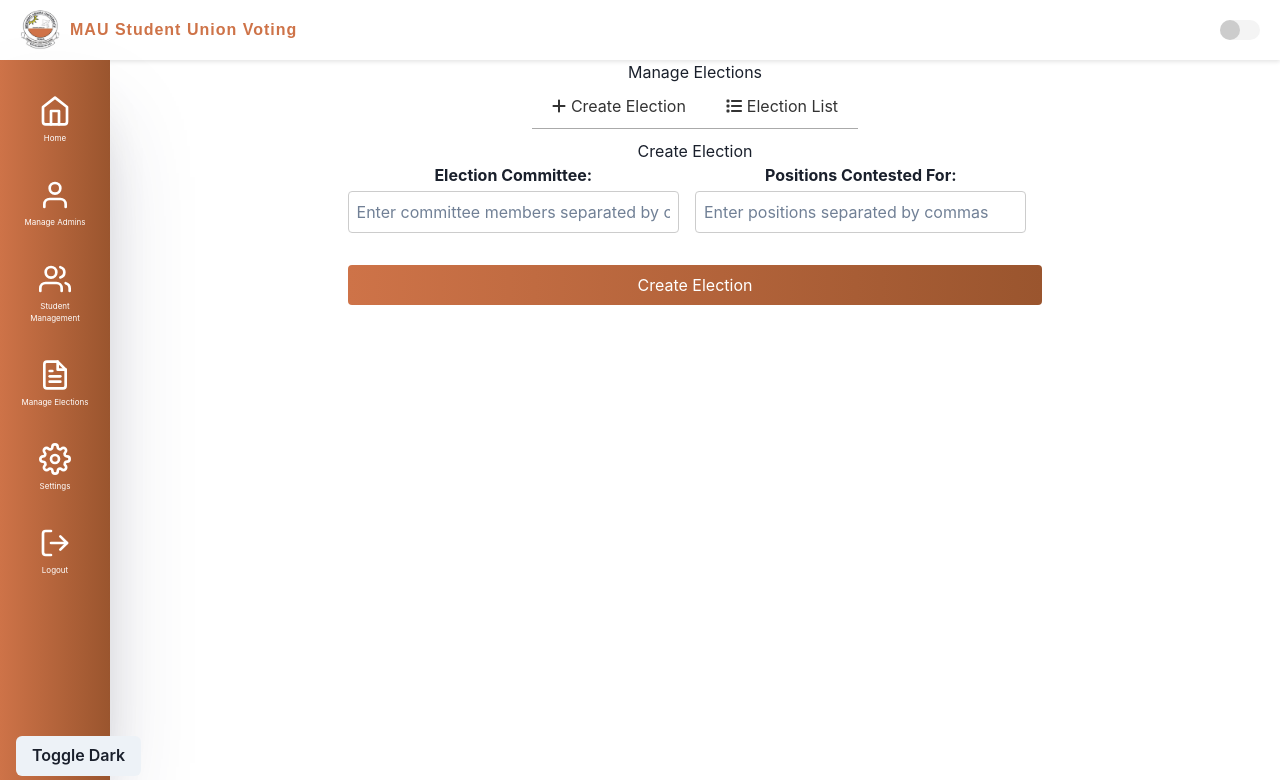
Repository: joena1o/e-vote
Page: /admin-dashboard/manage-elections
These files come from the project's save history. The page is drawn as it stood at one moment and after the next save; the edit follows.
The browser window is 1280 px wide. The pictures show the whole page.
The project was rebuilt for these pictures with package versions that can differ from the ones it lists, and the page was loaded fresh each time. Also part of the build but not shown: src/components/EnhancedLogin.js, src/components/maincontent/RegisterStudents/ManageStudents.js, src/components/maincontent/RegisterStudents/RegisterStudents.js, src/components/maincontent/RegisterStudents/StudentManagement.js, src/components/maincontent/ElectionResults/ViewResults.js, src/components/maincontent/Settings/Settings.js, src/api/index.js, src/components/maincontent/home/Home.styles.js and 5 more.

Above is the page before, as saved 2023-10-20 05:22:34.

### src/App.js
import React from 'react';
import { BrowserRouter as Router, Routes, Route, Navigate } from 'react-router-dom';
import EnhancedLogin from './components/EnhancedLogin';
import AdminDashboard from './components/AdminDashboard';
import { ChakraProvider, ColorModeProvider, Button, useColorMode } from '@chakra-ui/react';
import { Provider } from 'react-redux';
import store from './Redux/store';

// Component to toggle dark mode
function DarkModeToggle() {
  const { colorMode, toggleColorMode } = useColorMode();
  return (
    <Button onClick={toggleColorMode} position="fixed" m={4} zIndex={10}>
      Toggle {colorMode === 'light' ? 'Dark' : 'Light'}
    </Button>
  );
}

function App() {
  // Check if the current route is not the "/login" route, then render the DarkModeToggle
  const isLoginPage = window.location.pathname === '/login';

  return (
    <Provider store={store}>
      <ChakraProvider>
        <ColorModeProvider options={{ useSystemColorMode: true }}>
          <Router>
            <Routes>
              {/* Define your routes */}
              <Route path="/login" element={<EnhancedLogin />} />
              <Route path="/admin-dashboard/*" element={<AdminDashboard />} />
              {/* Redirect root to /admin-dashboard */}
              <Route path="/" element={<Navigate to="/admin-dashboard" replace />} />
            </Routes>
          </Router>
          {/* Render DarkModeToggle only if not on the "/login" page */}
          {!isLoginPage && <DarkModeToggle />}
        </ColorModeProvider>
      </ChakraProvider>
    </Provider>
  );
}

export default App;

### src/components/AdminDashboard.js
// AdminDashboard.js
import React from 'react';
import { Routes, Route } from 'react-router-dom';
import StudentManagement from './maincontent/RegisterStudents/StudentManagement';
import ViewResults from './maincontent/ElectionResults/ViewResults';
import Settings from './maincontent/Settings/Settings';
import Home from './maincontent/home/Home';
import ManageAdmin from './maincontent/ManageAdmins/ManageAdmins';
import ManageElections from './maincontent/ManageElections/ManageElections';
import Sidebar from './Sidebar';
import Navbar from './Navbar';
import styled from 'styled-components';

const Container = styled.div`
  display: flex;
  flex-direction: column;
  /* Add the following line to ensure Container fills the screen height */
  height: 100vh;
  width: 100%; /* Use 100% to fill the entire width of the screen */
`;


const Content = styled.div`
  display: flex;
  /* Add the following line to ensure Content fills the remaining screen space */
  flex: 1;
`;

const AdminDashboard = () => {
  return (
    <Container>
      <Navbar />
      <Content>
        <Sidebar />
        <Routes>
          <Route index element={<Home />} />
          <Route path="student-management" element={<StudentManagement />} />
          <Route path="view-results" element={<ViewResults />} />
          <Route path="settings" element={<Settings />} />
          <Route path="manage-admin" element={<ManageAdmin />} />
          <Route path="manage-elections" element={<ManageElections />} />
        </Routes>
      </Content>
    </Container>
  );
};

export default AdminDashboard;

### src/Redux/store.js
import { configureStore } from '@reduxjs/toolkit';
import electionReducer from './electionSlice';
import studentsReducer from './studentsSlice'; // Assuming you have a studentsSlice

const store = configureStore({
  reducer: {
    elections: electionReducer,
    students: studentsReducer, // Add the students reducer here
  },
});

export default store;

### src/components/maincontent/ManageElections/ManageElections.js
import React, { useState } from 'react';
import { Tab, TabList, TabPanel, Tabs } from 'react-tabs';
import 'react-tabs/style/react-tabs.css'; // Import styles for react-tabs
import styled from 'styled-components';
import CreateElections from './CreateElection';
import ElectionList from './ElectionList';
import { FontAwesomeIcon } from '@fortawesome/react-fontawesome';
import { faPlus, faList } from '@fortawesome/free-solid-svg-icons'; // Import Font Awesome icons

const FullHeightContainer = styled.div`
  height: 100%;
  display: flex;
  flex-direction: column;
  justify-content: flex-start;
  align-items: center;
  width: 100%;
`;

const TabsContainer = styled.div`
  text-align: center;
  width: 100%;
  max-width: 1200px;
  flex: 1;
  display: flex;
  flex-direction: column;
  align-items: center;
`;

const StyledTab = styled(Tab)`
  padding: 10px 20px;
  color: #333;
  cursor: pointer;
  margin: 0;
  display: flex;
  align-items: center;
  justify-content: center;
  transition: background-color 0.2s ease-in-out;

  &:hover {
    background-color: #e0e0e0;
  }

  &.react-tabs__tab--selected {
    background-color: #fff;
    border: none; /* Remove the border */
    border-radius: 5px 5px 0 0;
  }
`;

const IconWrapper = styled.div`
  margin-right: 5px;
`;

const ManageElections = () => {
  const [activeTab, setActiveTab] = useState(0);

  const handleTabChange = (index) => {
    setActiveTab(index);
  };

  return (
    <FullHeightContainer>
      <h1>Manage Elections</h1>
      <TabsContainer>
        <Tabs selectedIndex={activeTab} onSelect={handleTabChange}>
          <TabList style={{ display: 'flex', justifyContent: 'center' }}>
            <StyledTab>
              <IconWrapper>
                <FontAwesomeIcon icon={faPlus} />
              </IconWrapper>
              Create Election
            </StyledTab>
            <StyledTab>
              <IconWrapper>
                <FontAwesomeIcon icon={faList} />
              </IconWrapper>
              Election List
            </StyledTab>
          </TabList>
        </Tabs>
        <Tabs selectedIndex={activeTab} onSelect={handleTabChange}>
          <TabPanel>
            <CreateElections />
          </TabPanel>
          <TabPanel>
            <ElectionList />
          </TabPanel>
        </Tabs>
      </TabsContainer>
    </FullHeightContainer>
  );
};

export default ManageElections;

### src/components/Sidebar.js
import React from 'react';
import styled from 'styled-components';
import { Link } from 'react-router-dom';
import { FiHome, FiUser, FiUsers, FiFileText, FiSettings, FiLogOut } from 'react-icons/fi';
import { useColorMode } from '@chakra-ui/react';

const SidebarContainer = styled.nav`
  background: ${props => (props.theme === 'dark' ? '#333' : 'linear-gradient(to right, #ce7348, #9a552e)')};
  padding: 15px;
  height: 100vh;
  color: #fff;
  box-shadow: rgba(50, 50, 93, 0.25) 0px 50px 100px -20px, rgba(0, 0, 0, 0.3) 0px 30px 60px -30px;
  display: flex;
  flex-direction: column;
`;

const LinkList = styled.ul`
  list-style-type: none;
  padding: 0;
  flex: 1;
`;

const StyledLink = styled(Link)`
  text-decoration: none;
  color: #fff;
  display: flex;
  flex-direction: column;
  align-items: center;
  transition: color 0.3s ease;
  margin-bottom: 15px;
  cursor: pointer;
  font-size: 0.5rem;

  &:hover {
    color: #fce364;
  }

  width: 80px;
  text-align: center;
  word-wrap: break-word;
  overflow-wrap: break-word;

  @media (max-width: 768px) {
    font-size: 0.4rem;
  }

  @media (max-width: 480px) {
    font-size: 0.3rem;
  }
`;

const LinkItem = styled.li`
  display: flex;
  align-items: center;
  margin-top: 20px;
`;

const Icon = styled.div`
  font-size: 2rem;
  color: #fff;

  @media (max-width: 768px) {
    font-size: 0.9rem;
  }

  @media (max-width: 480px) {
    font-size: 0.8rem;
  }

  margin-bottom: 5px;

  ${StyledLink}:hover & {
    color: #fce364;  // Change icon color when the link is hovered
  }
`;

function Sidebar() {
  const { colorMode } = useColorMode();

  return (
    <SidebarContainer theme={colorMode}>
      <LinkList>
        <LinkItem>
          <StyledLink to="/admin-dashboard">
            <Icon><FiHome /></Icon>
            Home
          </StyledLink>
        </LinkItem>
        <LinkItem>
          <StyledLink to="/admin-dashboard/manage-admin">
            <Icon><FiUser /></Icon>
            Manage Admins
          </StyledLink>
        </LinkItem>
        <LinkItem>
          <StyledLink to="/admin-dashboard/student-management">
            <Icon><FiUsers /></Icon>
            Student Management
          </StyledLink>
        </LinkItem>
        <LinkItem>
          <StyledLink to="/admin-dashboard/manage-elections">
            <Icon><FiFileText /></Icon>
            Manage Elections
          </StyledLink>
        </LinkItem>
        <LinkItem>
          <StyledLink to="/admin-dashboard/settings">
            <Icon><FiSettings /></Icon>
            Settings
          </StyledLink>
        </LinkItem>
        <LinkItem>
          <StyledLink to="/logout">
            <Icon><FiLogOut /></Icon>
            Logout
          </StyledLink>
        </LinkItem>
      </LinkList>
    </SidebarContainer>
  );
}

export default Sidebar;

### src/components/Navbar.js
import React from 'react';
import styled, { createGlobalStyle } from 'styled-components';
import logo from '../assets/school_logo.jpg';
import { useColorMode } from '@chakra-ui/react';

const GlobalStyle = createGlobalStyle`
  body {
    background-color: ${props => (props.theme === 'dark' ? '#333' : '#fff')};
    color: ${props => (props.theme === 'dark' ? '#fff' : '#000')}; // Set other component texts to black in light mode
  }
`;

const Header = styled.header`
  background: ${props => (props.theme === 'dark' ? '#333' : '#fff')};
  color: ${props => (props.theme === 'dark' ? '#fff' : '#ce7348')}; // Set navbar text to brown in light mode
  padding: 10px 20px;
  display: flex;
  align-items: center;
  justify-content: flex-start;
  box-shadow: 0px 2px 4px rgba(0, 0, 0, 0.1);
  font-family: 'Poppins', sans-serif;
`;


const Logo = styled.img`
  width: 40px;
  height: 40px;
  border-radius: 20px;
  margin-right: 10px;
`;

const Title = styled.h1`
  margin: 0;
  padding: 0;
  font-size: 1rem;
  font-weight: 600;
  letter-spacing: 1px;
`;

const ToggleSlider = styled.label`
  display: flex;
  align-items: center;
  cursor: pointer;
  margin-left: auto;
`;

const SliderInput = styled.input.attrs({ type: 'checkbox' })`
  display: none;
`;

const Slider = styled.div`
  width: 40px;
  height: 20px;
  background-color: ${props => (props.theme === 'dark' ? '#333' : '#f4f4f4')};
  border-radius: 20px;
  position: relative;
  transition: background-color 0.3s ease;
  cursor: pointer;

  &::after {
    content: '';
    width: 20px;
    height: 20px;
    border-radius: 50%;
    background-color: ${props => (props.theme === 'dark' ? '#fff' : '#ccc')};
    position: absolute;
    top: 50%;
    transform: translateY(-50%);
    left: ${props => (props.theme === 'dark' ? '20px' : '0')};
    transition: left 0.3s ease;
  }
`;

function Navbar() {
  const { colorMode, toggleColorMode } = useColorMode();

  return (
    <>
      <GlobalStyle theme={colorMode} />
      <Header theme={colorMode}>
        <Logo src={logo} alt="University Logo" />
        <Title>MAU Student Union Voting</Title>
        <ToggleSlider>
          <SliderInput type="checkbox" onChange={toggleColorMode} />
          <Slider theme={colorMode} />
        </ToggleSlider>
      </Header>
    </>
  );
}

export default Navbar;

### src/Redux/electionSlice.js
/*import { createSlice, createAsyncThunk } from '@reduxjs/toolkit';
import { API, graphqlOperation } from 'aws-amplify';
import { createElection as createElectionAPI } from '../graphql/mutations';

export const createElection = createAsyncThunk(
  'elections/createElection',
  async (election, { rejectWithValue }) => {
    try {
      const result = await API.graphql(graphqlOperation(createElectionAPI, { input: election }));
      return result.data.createElection;
    } catch (error) {
      return rejectWithValue(error);
    }
  }
);

const electionSlice = createSlice({
  name: 'elections',
  initialState: [],
  reducers: {},
  extraReducers: (builder) => {
    builder.addCase(createElection.fulfilled, (state, action) => {
      state.push(action.payload);
    });
  },
});

export default electionSlice.reducer;
*/

### src/Redux/studentsSlice.js
import { createSlice } from '@reduxjs/toolkit';

export const studentsSlice = createSlice({
  name: 'students',
  initialState: [],
  reducers: {
    addStudents: (state, action) => {
      // Add students to the Redux store
      action.payload.forEach(student => {
        state.push(student);
      });
    },
  },
});

export const { addStudents } = studentsSlice.actions;

export default studentsSlice.reducer;

### src/components/maincontent/ManageElections/CreateElection.js
import React from 'react';
import { useFormik } from 'formik';
import * as Yup from 'yup';
import { useDispatch } from 'react-redux';
import { createElection } from '../../../Redux/electionSlice';
import { toast } from 'react-toastify';
import 'react-toastify/dist/ReactToastify.css';
import styled from 'styled-components';

const FormContainer = styled.div`
  width: 100%;
  max-width: 800px;
  margin: 0 auto;
`;

const Form = styled.form`
  display: flex;
  flex-direction: row;
  flex-wrap: wrap;
  gap: 1rem;
`;

const FormField = styled.div`
  display: flex;
  flex-direction: column;
  flex-basis: calc(50% - 1rem);
`;

const FormLabel = styled.label`
  font-weight: bold;
  margin-bottom: 0.25rem;
`;

const FormInput = styled.input`
  padding: 0.5rem;
  border: 1px solid #ccc;
  border-radius: 4px;
  font-size: 1rem;
`;

const FormError = styled.div`
  color: red;
  font-size: 0.875rem;
  margin-top: 0.25rem;
`;

const CreateButton = styled.button`
  padding: 0.5rem;
  background: linear-gradient(to right, #ce7348, #9a552e);
  border: none;
  border-radius: 4px;
  font-size: 1rem;
  color: white;
  cursor: pointer;
  transition: background 0.2s ease-in-out;
  width: 100%;
  margin-top: 1rem;

  &:hover {
    background: linear-gradient(to right, #9a552e, #ce7348);
  }
`;

const validationSchema = Yup.object({
  name: Yup.string().required('Election name is required'),
  type: Yup.string().oneOf(['general', 'faculty', 'department'], 'Invalid election type').required('Election type is required'),
  date: Yup.date().required('Election date is required').nullable(),
  faculty: Yup.string().when('type', {
    is: 'faculty',
    then: Yup.string().required('Faculty name is required for faculty elections'),
  }),
  department: Yup.string().when('type', {
    is: 'department',
    then: Yup.string().required('Department name is required for department elections'),
  }),
  committee: Yup.string().required('Election committee is required'),
  positions: Yup.string().required('Positions contested for is required'),
});

const CreateElection = () => {
  const dispatch = useDispatch();
  const formik = useFormik({
    initialValues: {
      name: '',
      type: '',
      date: null,
      faculty: '',
      department: '',
      committee: '',
      positions: ''
    },
    validationSchema,
    onSubmit: (values, { resetForm }) => {
      dispatch(createElection(values));
      toast.success('Election created successfully!');
      resetForm();
    },
  });

  return (
    <FormContainer>
      <h2>Create Election</h2>
      <Form onSubmit={formik.handleSubmit}>
        {/* Other form fields... */}

        <FormField>
          <FormLabel htmlFor="committee">Election Committee:</FormLabel>
          <FormInput
            id="committee"
            name="committee"
            type="text"
            placeholder="Enter committee members separated by commas"
            onChange={formik.handleChange}
            value={formik.values.committee}
          />
          {formik.errors.committee && <FormError>{formik.errors.committee}</FormError>}
        </FormField>

        <FormField>
          <FormLabel htmlFor="positions">Positions Contested For:</FormLabel>
          <FormInput
            id="positions"
            name="positions"
            type="text"
            placeholder="Enter positions separated by commas"
            onChange={formik.handleChange}
            value={formik.values.positions}
          />
          {formik.errors.positions && <FormError>{formik.errors.positions}</FormError>}
        </FormField>

        <CreateButton type="submit">Create Election</CreateButton>
      </Form>
    </FormContainer>
  );
};

export default CreateElection;

Loaded but not shown: public/index.html (common file); src/index.js (common file); src/index.css (common file); src/reportWebVitals.js (common file)

After the next save:
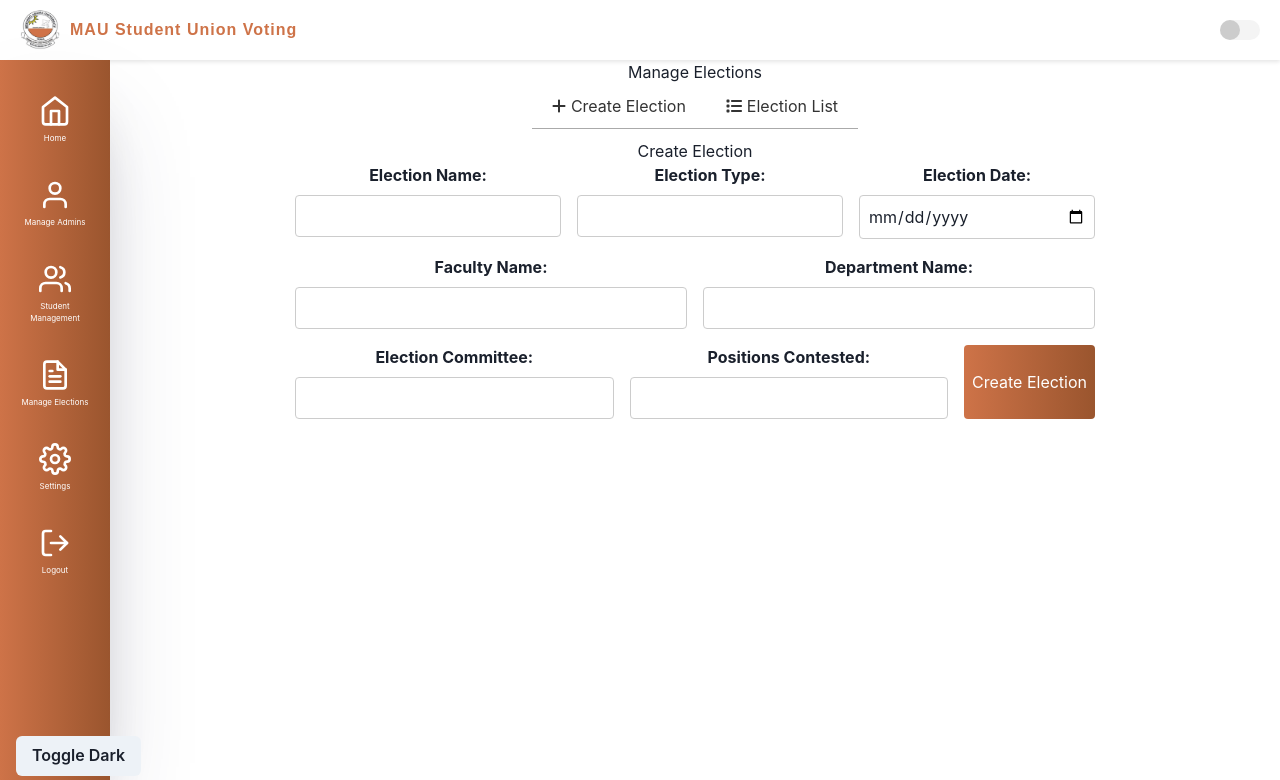
Saved 6 min 27 s later.
--- a/src/components/maincontent/ManageElections/CreateElection.js
+++ b/src/components/maincontent/ManageElections/CreateElection.js
@@ -15,20 +15,19 @@ const FormContainer = styled.div`
 
 const Form = styled.form`
   display: flex;
-  flex-direction: row;
   flex-wrap: wrap;
   gap: 1rem;
 `;
 
 const FormField = styled.div`
+  flex: 1;
   display: flex;
   flex-direction: column;
-  flex-basis: calc(50% - 1rem);
+  gap: 0.5rem;
 `;
 
 const FormLabel = styled.label`
   font-weight: bold;
-  margin-bottom: 0.25rem;
 `;
 
 const FormInput = styled.input`
@@ -41,7 +40,6 @@ const FormInput = styled.input`
 const FormError = styled.div`
   color: red;
   font-size: 0.875rem;
-  margin-top: 0.25rem;
 `;
 
 const CreateButton = styled.button`
@@ -53,8 +51,6 @@ const CreateButton = styled.button`
   color: white;
   cursor: pointer;
   transition: background 0.2s ease-in-out;
-  width: 100%;
-  margin-top: 1rem;
 
   &:hover {
     background: linear-gradient(to right, #9a552e, #ce7348);
@@ -74,7 +70,7 @@ const validationSchema = Yup.object({
     then: Yup.string().required('Department name is required for department elections'),
   }),
   committee: Yup.string().required('Election committee is required'),
-  positions: Yup.string().required('Positions contested for is required'),
+  positions: Yup.string().required('Positions contested for are required')
 });
 
 const CreateElection = () => {
@@ -101,7 +97,65 @@ const CreateElection = () => {
     <FormContainer>
       <h2>Create Election</h2>
       <Form onSubmit={formik.handleSubmit}>
-        {/* Other form fields... */}
+        <FormField>
+          <FormLabel htmlFor="name">Election Name:</FormLabel>
+          <FormInput
+            id="name"
+            name="name"
+            type="text"
+            onChange={formik.handleChange}
+            value={formik.values.name}
+          />
+          {formik.errors.name && <FormError>{formik.errors.name}</FormError>}
+        </FormField>
+
+        <FormField>
+          <FormLabel htmlFor="type">Election Type:</FormLabel>
+          <FormInput
+            id="type"
+            name="type"
+            type="text"
+            onChange={formik.handleChange}
+            value={formik.values.type}
+          />
+          {formik.errors.type && <FormError>{formik.errors.type}</FormError>}
+        </FormField>
+
+        <FormField>
+          <FormLabel htmlFor="date">Election Date:</FormLabel>
+          <FormInput
+            id="date"
+            name="date"
+            type="date"
+            onChange={formik.handleChange}
+            value={formik.values.date}
+          />
+          {formik.errors.date && <FormError>{formik.errors.date}</FormError>}
+        </FormField>
+
+        <FormField>
+          <FormLabel htmlFor="faculty">Faculty Name:</FormLabel>
+          <FormInput
+            id="faculty"
+            name="faculty"
+            type="text"
+            onChange={formik.handleChange}
+            value={formik.values.faculty}
+          />
+          {formik.errors.faculty && <FormError>{formik.errors.faculty}</FormError>}
+        </FormField>
+
+        <FormField>
+          <FormLabel htmlFor="department">Department Name:</FormLabel>
+          <FormInput
+            id="department"
+            name="department"
+            type="text"
+            onChange={formik.handleChange}
+            value={formik.values.department}
+          />
+          {formik.errors.department && <FormError>{formik.errors.department}</FormError>}
+        </FormField>
 
         <FormField>
           <FormLabel htmlFor="committee">Election Committee:</FormLabel>
@@ -109,7 +163,6 @@ const CreateElection = () => {
             id="committee"
             name="committee"
             type="text"
-            placeholder="Enter committee members separated by commas"
             onChange={formik.handleChange}
             value={formik.values.committee}
           />
@@ -117,12 +170,11 @@ const CreateElection = () => {
         </FormField>
 
         <FormField>
-          <FormLabel htmlFor="positions">Positions Contested For:</FormLabel>
+          <FormLabel htmlFor="positions">Positions Contested:</FormLabel>
           <FormInput
             id="positions"
             name="positions"
             type="text"
-            placeholder="Enter positions separated by commas"
             onChange={formik.handleChange}
             value={formik.values.positions}
           />
